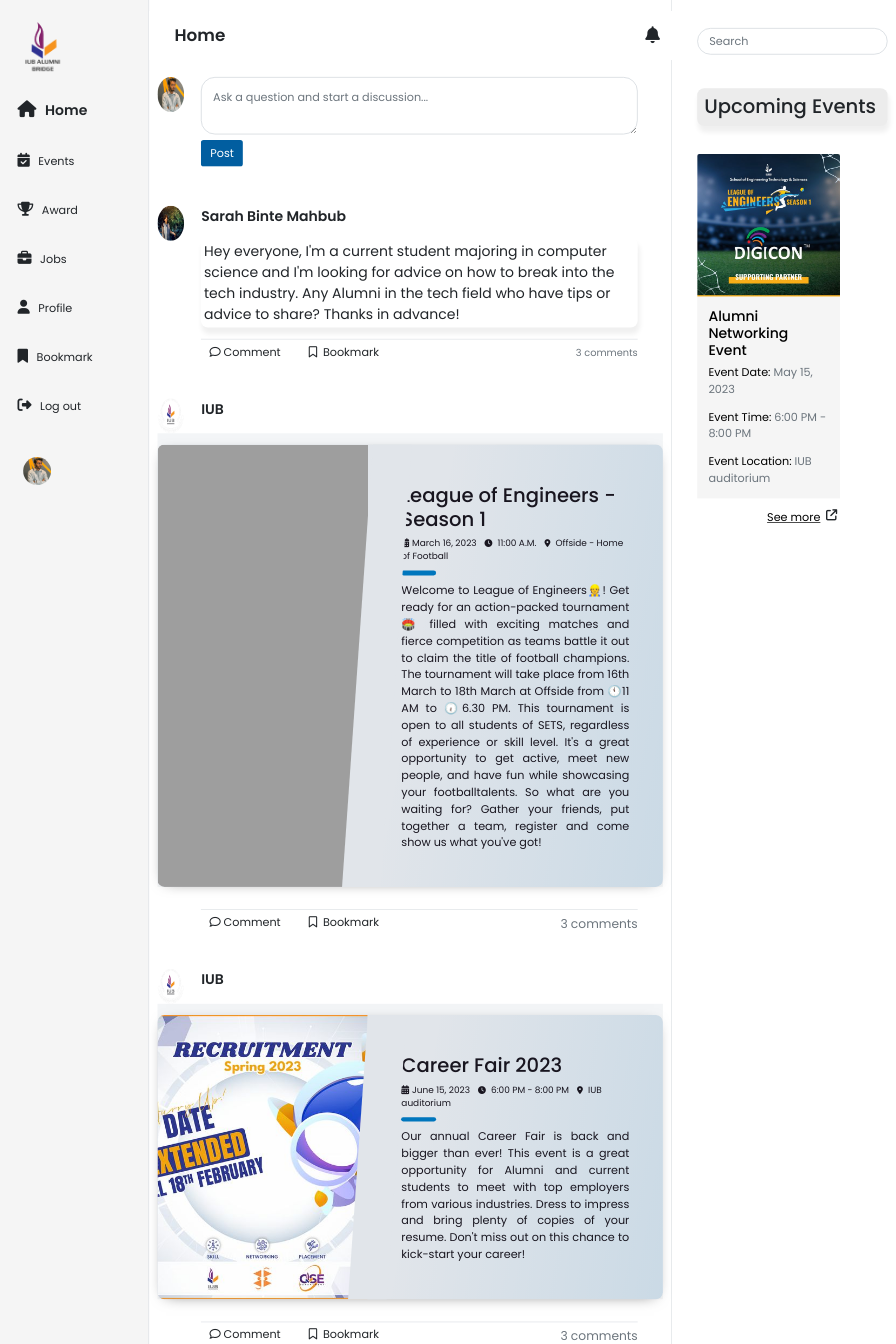
Repository: injamam00155/IUB_Alumni_Bridge
Page: Frontend/student/home.html
These files come from the project's save history. The page is drawn as it stood at one moment and after the next save; the edit follows.
The browser window is 1280 px wide. The pictures show the part of the page from y = 0 to 1920 px (the page is 3019 px tall), at 70% of full size.
Pictures or frames that could not be fetched are drawn as grey boxes. Some web fonts or font styles are not loaded; a fallback is used. Some web libraries are served in a nearby version.

Above is the page before, as saved 2023-04-04 22:10:25.

After the next save:
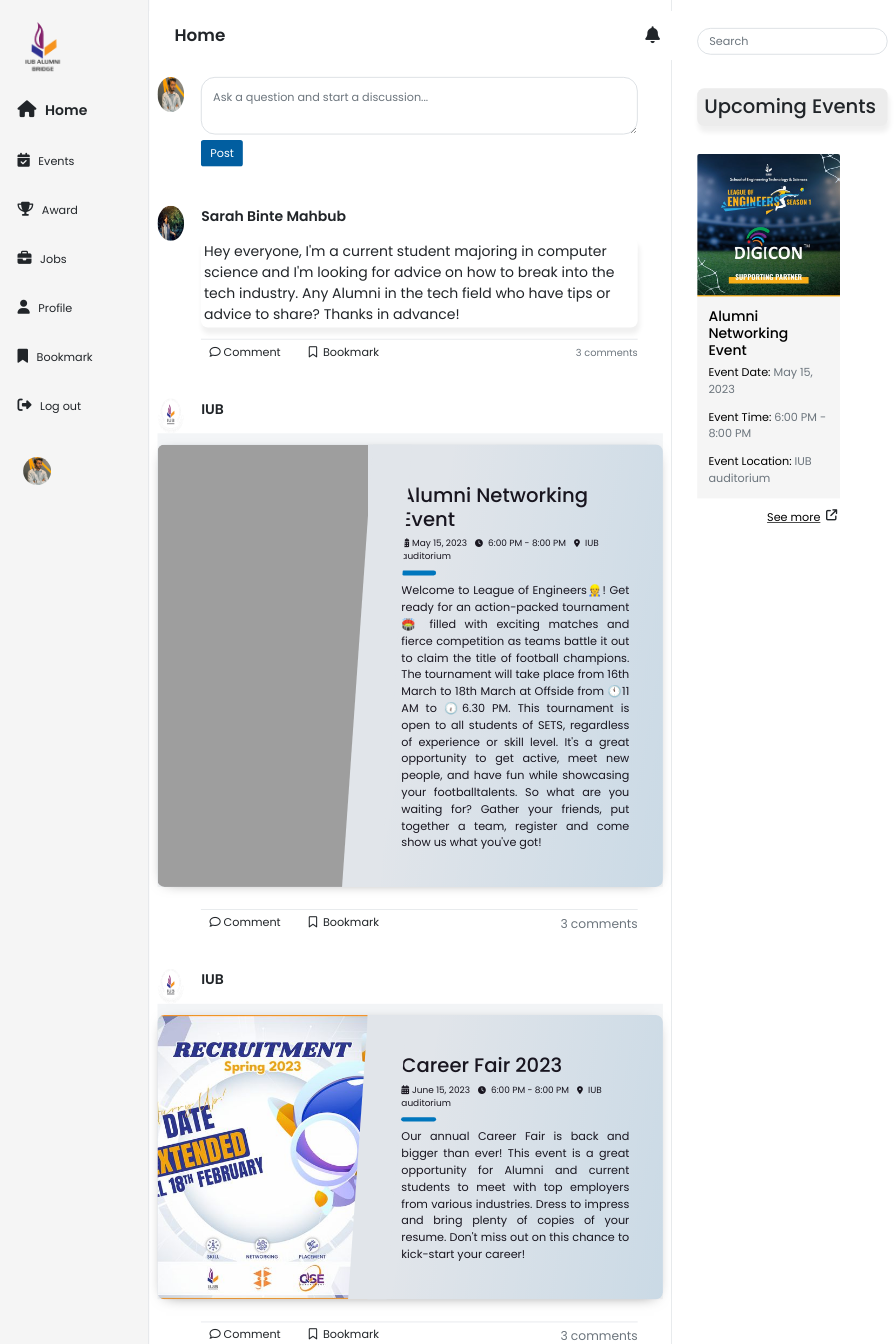
Saved 47 s later.
--- a/Frontend/student/home.html
+++ b/Frontend/student/home.html
@@ -279,17 +279,17 @@
                         </a>
                         <div class="postcard__text t-dark">
                           <h1 class="postcard__title blue ms-2">
-                            <h3 href="#"> League of Engineers - Season 1</h3>
+                            <h3 href="#">Alumni Networking Event</h3>
                           </h1>
                           <div class="postcard__subtitle small">
-                            <i class="fas fa-calendar-alt me-1"></i>March 16, 2023
+                            <i class="fas fa-calendar-alt me-1"></i>May 15, 2023
 
                             <i class="fa-solid fa-clock fa-sm ms-2 me-1"></i>
-                            11:00 A.M.
+                            6:00 PM - 8:00 PM
                             <i
                               class="fa-solid fa-location-dot fa-sm ms-2 me-1"
                             ></i>
-                            Offside - Home of Football
+                            IUB auditorium
                           </div>
                           <div class="postcard__bar"></div>
                           <div class="postcard__preview-txt">
